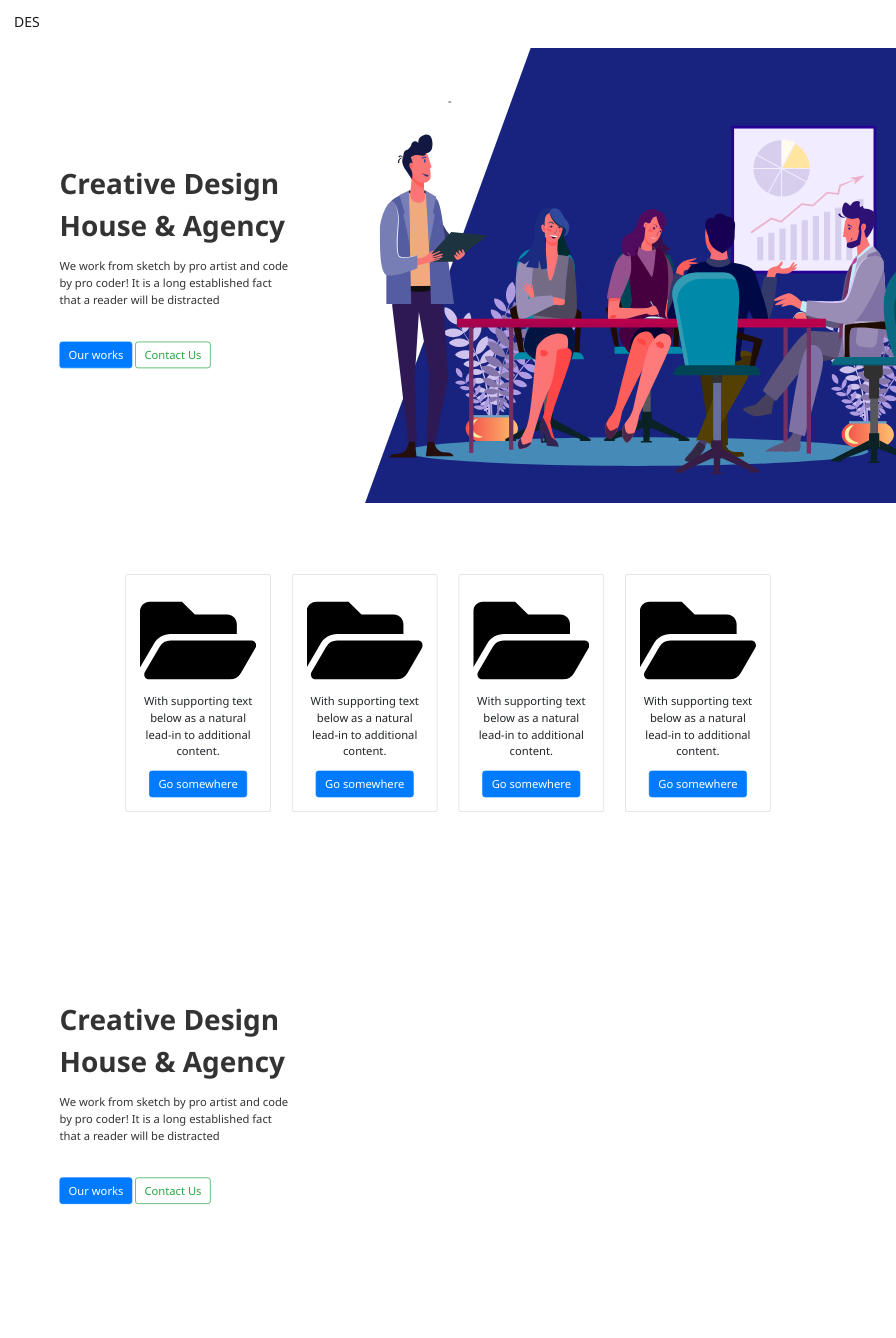
Repository: stephenkayade/Tarm
Page: index.html
These files come from the project's save history. The page is drawn as it stood at one moment and after the next save; the edit follows.
The browser window is 1280 px wide. The pictures show the whole page, at 70% of full size.

Above is the page before, as saved 2020-05-07 13:33:31.

### index.html
<!DOCTYPE html>
<html lang="en">

<head>
    <meta charset="UTF-8">
    <meta name="viewport" content="width=device-width, initial-scale=1.0">
    <link rel="stylesheet" href="https://stackpath.bootstrapcdn.com/bootstrap/4.4.1/css/bootstrap.min.css"
        integrity="sha384-Vkoo8x4CGsO3+Hhxv8T/Q5PaXtkKtu6ug5TOeNV6gBiFeWPGFN9MuhOf23Q9Ifjh" crossorigin="anonymous">
    <script src="https://code.jquery.com/jquery-3.4.1.slim.min.js"
        integrity="sha384-J6qa4849blE2+poT4WnyKhv5vZF5SrPo0iEjwBvKU7imGFAV0wwj1yYfoRSJoZ+n"
        crossorigin="anonymous"></script>

    <script src="https://stackpath.bootstrapcdn.com/bootstrap/4.4.1/js/bootstrap.min.js"
        integrity="sha384-wfSDF2E50Y2D1uUdj0O3uMBJnjuUD4Ih7YwaYd1iqfktj0Uod8GCExl3Og8ifwB6"
        crossorigin="anonymous"></script>
    <link rel="stylesheet" href="https://stackpath.bootstrapcdn.com/font-awesome/4.7.0/css/font-awesome.min.css">
    <link rel="stylesheet" href="css/style.css">
    <title>Document</title>
</head>

<body>

    <section id="nav-bar">
        <nav class="navbar navbar-expand-lg navbar-light">
            <!-- <h1>DES</h1> -->
            <h1><a class="navbar-brand ml-1" href="#">DES</a></h1>
            <button class="navbar-toggler" type="button" data-toggle="collapse" data-target="#navbarNav"
                aria-controls="navbarNav" aria-expanded="false" aria-label="Toggle navigation">
                <i class="fa fa-bars"></i>
            </button>

            <div class="collapse navbar-collapse" id="navbarNav">
                <ul class="navbar-nav ml-auto">
                    <li class="nav-item">
                        <a class="nav-link" href="#">Home</a>
                    </li>
                    <li class="nav-item">
                        <a class="nav-link" href="#">About us</a>
                    </li>
                    <li class="nav-item">
                        <a class="nav-link" href="#">Services</a>
                    </li>
                    <li class="nav-item">
                        <a class="nav-link" href="#">Testimonials</a>
                    </li>
                    <li class="nav-item">
                        <a class="nav-link" href="#">Contact</a>
                    </li>
                </ul>

            </div>
        </nav>

    </section>

    <!---------------------------banner---------------------------->
    <section id="banner">
        <div class="container">
            <div class="row">
                <div class="col-md-6">
                    <p class="promo-title">Creative Design <br>House & Agency</p>
                    <p>We work from sketch by pro artist and code <br>
                        by pro coder! It is a long established fact <br>
                        that a reader will be distracted</p>
                    <div class="btn-control">
                        <div class="btn btn-primary">Our works</div>
                        <div class="btn btn-outline-success">Contact Us</div>
                    </div>
                </div>
                -
            </div>
        </div>
    </section>

    <section id="img">
        <div class="row">
            <div class="col-md-auto">
                <div class="card text-center" style="width: 13rem;">
                    <div class="card-body">
                        <img src="./img/folder-open-solid.svg" class="card-img-top" alt="...">

                        <p class="card-text">With supporting text below as a natural lead-in to additional content.</p>
                        <a href="#" class="btn btn-primary">Go somewhere</a>
                    </div>
                </div>
            </div>
            <div class="col-md-auto">
                <div class="card text-center" style="width: 13rem;">
                    <div class="card-body">
                        <img src="./img/folder-open-solid.svg" class="card-img-top" alt="...">

                        <p class="card-text">With supporting text below as a natural lead-in to additional content.</p>
                        <a href="#" class="btn btn-primary">Go somewhere</a>
                    </div>
                </div>
            </div>
            <div class="col-md-auto">
                <!-- <div class="card" style="width: 12rem;">
                        <img src="./img/man-street-sitting-hat-2995066.jpg" class="card-img-top" alt="...">
                        <span class="card-img-top"><i class="fas fa-folder-open"></i></span>
                        <div class="card-body">
                            <h5 class="card-title text-center">Card title</h5>
                            <p class="card-text text-center">Lorem ipsum dolor sit amet consectetur, adipisicing elit. Eligendi, nisi!</p>
                            <a href="#" class="btn btn-primary ">Learn More</a>
                        </div>
                    </div> -->

                <div class="card text-center" style="width: 13rem;">
                    <div class="card-body">
                        <img src="./img/folder-open-solid.svg" class="card-img-top" alt="...">

                        <p class="card-text">With supporting text below as a natural lead-in to additional content.</p>
                        <a href="#" class="btn btn-primary">Go somewhere</a>
                    </div>
                </div>
            </div>
            <div class="col-md-auto">
                <div class="card text-center" style="width: 13rem;">
                    <div class="card-body">
                        <img src="./img/folder-open-solid.svg" class="card-img-top" alt="...">

                        <p class="card-text">With supporting text below as a natural lead-in to additional content.</p>
                        <a href="#" class="btn btn-primary">Go somewhere</a>
                    </div>
                </div>
            </div>
        </div>
    </section>

    <section id="CEO">
        <div class="container">
            <div class="about-us">

            </div>
            <div class="row">
                <div class="col-md-6">
                    <p class="promo-title">Creative Design <br>House & Agency</p>
                    <p>We work from sketch by pro artist and code <br>
                        by pro coder! It is a long established fact <br>
                        that a reader will be distracted</p>
                    <div class="btn-control">
                        <div class="btn btn-primary">Our works</div>
                        <div class="btn btn-outline-success">Contact Us</div>
                    </div>
                </div>

            </div>
        </div>
    </section>



</body>

</html>

### css/style.css
*{
    margin: 0;
    padding: 0;
}

body{
    font-family: 'Segoe UI', Tahoma, Geneva, Verdana, sans-serif;
}
#nav-bar{
    position: sticky;
    top: 0;
    z-index: 10;
}
.navbar{
    background-image: cross-fade(to right, #fff,#17237f);
    padding: 0 !important;
}
.navbar-brand img{
    height:40px;
    padding-left: 20px;
}
.navbar-nav li{
    padding: 0 10px;

}
.navbar-nav li a{
    color: #fff !important;
    font-weight: 600;
    float: right;
    text-align: left;
}
.fa-bars{
    color: #fff;
    font-size: 30px !important;
}
#img{
    display: flex;
    flex-direction: row;
    justify-content: center;
    padding: 8%
}


/* ------------banner section-------------------- */
#banner{
    background: url('/img/adj.svg') no-repeat center center/cover;
    color: #333;
    padding-top: 5%;
    padding-bottom: 15%;
}
#CEO{
    /* background: url('/img/adj.svg') no-repeat center center/cover; */
    color: #333;
    padding-top: 5%;
    padding-bottom: 15%;
}
.promo-title{
    font-size: 40px;
    font-weight: 600;
    margin-top:100px ;
}
.play-btn{
    width:45px;
    margin: 20px;
}
#banner a{
    color: #fff;
    text-decoration: none;
}
.bottom-img{
    width: 100%;
}
.btn-control{
    padding-top: 2rem;
}
/* ---------------------services section---------------------- */
#services{
    padding: 80px 0;
}
.service-img{
    width: 140px;
    margin-top: 20px;
}
.services{
    padding: 20px;
}
.services h4{
    padding: 5px;
    margin-top: 25px;
    text-transform: uppercase;
}
.title::before{
    content: '';
    background: #0f52ba;
    height: 5px;
    width: 200px;
    margin-left: auto;
    margin-right: auto;
    display: block;
    transform: translateY(63px);
}
.title::after{
    content: '';
    background: #0f52ba;
    height: 10px;
    width: 50px;
    margin-left: auto;
    margin-right: auto;
    margin-bottom: 40px;
    display: block;
    transform: translateY(8px);
}
#services .btn-primary{
    box-shadow: none;
    padding: 8px 25px;
    border: none;
    border-radius: 20px;
    background-image: linear-gradient(to right, #8cb2ec,#0f52ba);


}
.ml-1{
    padding: 1rem;
}

After the next save:
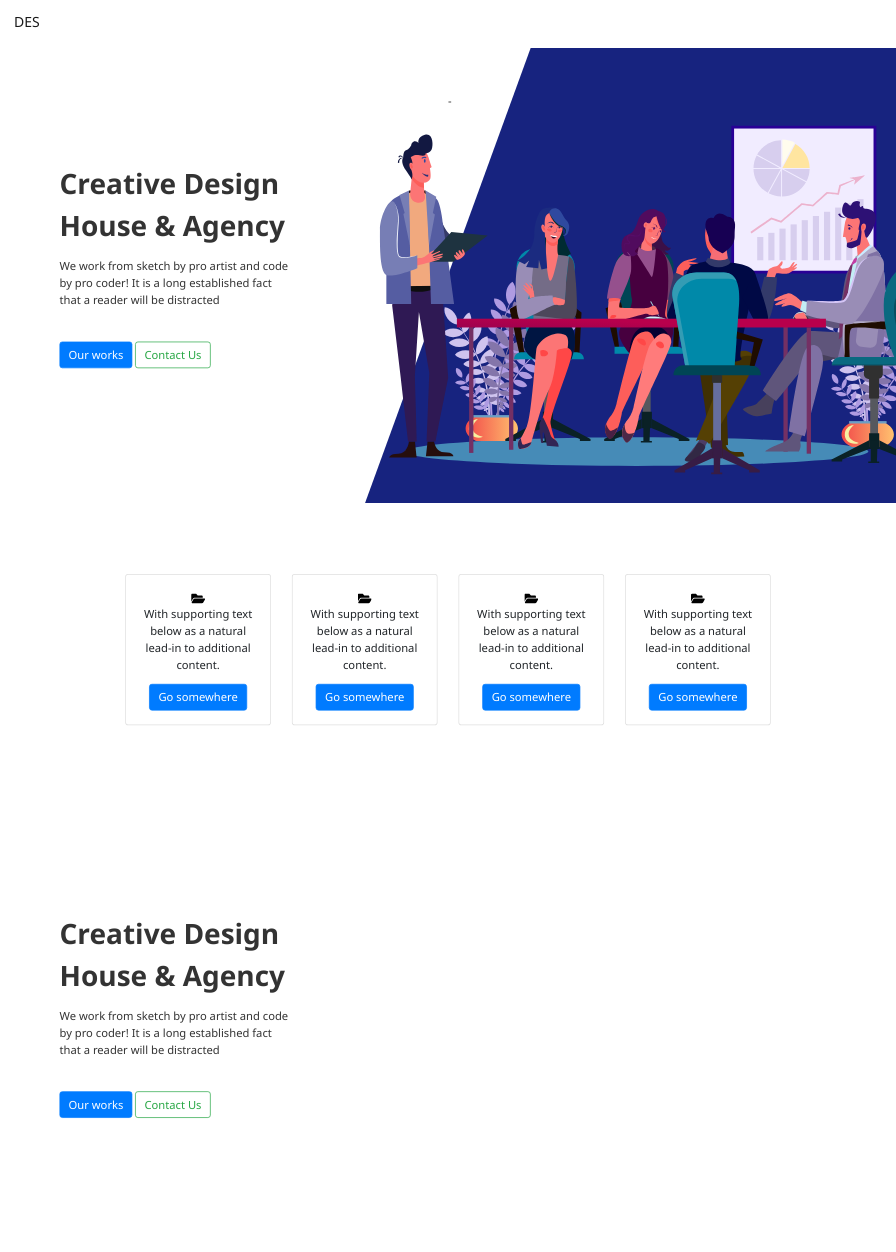
Saved 99 s later.
--- a/css/style.css
+++ b/css/style.css
@@ -122,3 +122,7 @@ body{
 .ml-1{
     padding: 1rem;
 }
+.card-body img{
+    height: 20px;
+    width: 20px;
+}
